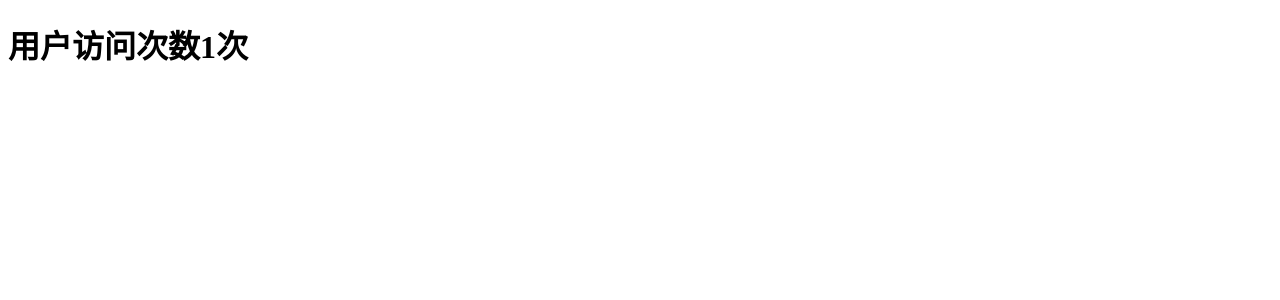
Repository: cbtpro/multi-localforage-demo
Page: /
These files come from the project's save history. The page is drawn as it stood at one moment and after a run of saves; the edit follows.
The browser window is 1280 px wide. The pictures show the whole page.
The project was rebuilt for these pictures with package versions that can differ from the ones it lists, and the page was loaded fresh each time. Also part of the build but not shown: vite.config.js.

Above is the page before, as saved 2024-09-10 23:09:57.

### src/App.vue
<script setup lang="ts">
import { ref } from "vue";
import useLocalForage from "./use-local-forage";
import { USER_VISITOR_COUNT, SHOW_NAVIGATOR_BOOL } from "./storage-constants";
import { onMounted } from "vue";

const localForageInstance = useLocalForage({
  name: "test",
  storeName: 'storeName'
});

const visitorCount = ref(0);

const loadStorage = async () => {
  try {
    const data = await localForageInstance.getItem<number>(USER_VISITOR_COUNT);
    visitorCount.value = data || 1;
  } catch (error) {
    console.error(error);
  } finally {
    recordVisitorCount();
  }
};
const recordVisitorCount = () => {
  localForageInstance.setItem(USER_VISITOR_COUNT, visitorCount.value + 1);
};

onMounted(() => {
  loadStorage();
})
</script>

<template>
  <h1 v-show="visitorCount">用户访问次数{{ visitorCount }}次</h1>
</template>

### src/use-local-forage.ts
import localforage, { config, } from 'localforage';

export const useLocalforage = (options: LocalForageOptions ) => {

  // 配置 localForage
  localforage.config({
    ...config,
    ...options,
  });

  // 定义一个永不过期的标志
  const NEVER_EXPIRES_FLAG = -1;

  /**
   * 设置存储项
   * @param k 键名
   * @param v 值
   * @param expired 过期时间（分钟），默认永不过期
   * @returns Promise
   */
  const setItem = (k: string, v: any, expired: number = -1): Promise<void> => {
    const expiredKey = `${k}__expires__`;
    let exp = 0;

    if (expired === NEVER_EXPIRES_FLAG) {
      exp = NEVER_EXPIRES_FLAG;
    } else if (expired >= 0) {
      exp = Date.now() + 1000 * 60 * expired;
    }

    // 存储过期时间
    localforage.setItem(expiredKey, exp.toString()).catch((err) => {
      console.error('设置过期时间失败:', err);
    });

    // 存储实际数据
    return localforage.setItem(k, v);
  };

  /**
   * 获取存储项
   * @param k 键名
   * @returns Promise<T | null>
   */
  const getItem = async <T> (k: string) : Promise<T | null> => {
    const expiredKey = `${k}__expires__`;

    try {
      const expiredValue = await localforage.getItem<string | null>(expiredKey);

      if (expiredValue === null) {
        // 未设置过期时间，视为不存在
        return null;
      }

      const expiredTime = parseInt(expiredValue, 10);

      if (expiredTime === NEVER_EXPIRES_FLAG) {
        // 永不过期
        return localforage.getItem(k) as T;
      }

      if (expiredTime > Date.now()) {
        // 未过期，返回数据
        return localforage.getItem(k);
      } else {
        // 已过期，删除数据
        removeItem(k);
        removeItem(expiredKey);
        return null;
      }
    } catch (err) {
      console.error('获取数据失败:', err);
      return null;
    }
  };

  /**
   * 删除存储项
   * @param k 键名
   * @returns Promise
   */
  const removeItem = (k: string) => {
    const expiredKey = `${k}__expires__`;
    localforage.removeItem(expiredKey).catch((err) => {
      console.error('删除过期时间失败:', err);
    });
    return localforage.removeItem(k);
  };

  return {
    getItem,
    setItem,
  }
}

export default useLocalforage;

### src/storage-constants.ts
/** 用户访问次数 */
export const USER_VISITOR_COUNT = 'USER_VISITOR_COUNT';

/** 是否显示导航 */
export const SHOW_NAVIGATOR_BOOL = 'SHOW_NAVIGATOR_BOOL';

### src/Demo.vue
<template>
  <h1>是否显示导航：{{ showNavigator }}</h1>
</template>

<script setup lang="ts>">
import { ref } from 'vue';
import { SHOW_NAVIGATOR_BOOL } from './storage-constants';
import useLocalForage from './use-local-forage';'

const useLocalForage = useLocalForage({
  name: 'test',
  storeName: 'storeName1'
});

const showNavigator = ref(false);

onMounted(() => {
  showNavigator.value = useLocalForage.getItem(SHOW_NAVIGATOR_BOOL);
  useLocalForage.setItem(SHOW_NAVIGATOR_BOOL, false);
});
</script>

Loaded but not shown: index.html (common file); src/main.js (common file)

After the next 2 saves:
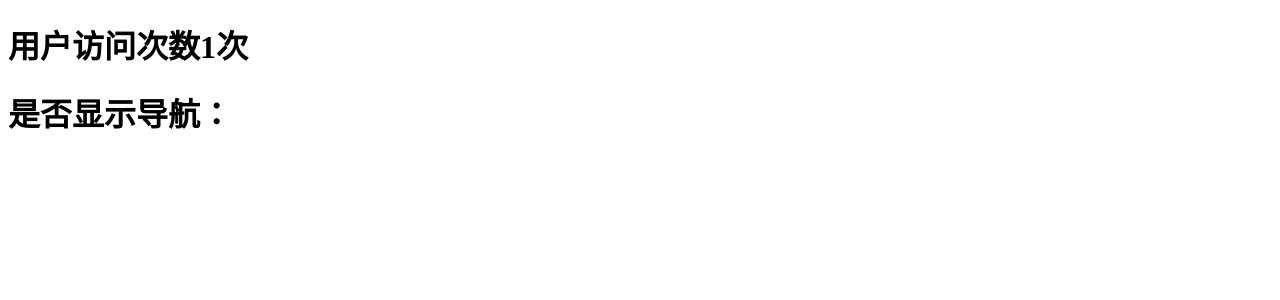
The 2 saves are shown as one change because 1 did not build or start.
The last was saved 2 min 39 s later.
--- a/src/App.vue
+++ b/src/App.vue
@@ -1,8 +1,8 @@
 <script setup lang="ts">
-import { ref } from "vue";
+import { onMounted, ref } from "vue";
 import useLocalForage from "./use-local-forage";
 import { USER_VISITOR_COUNT, SHOW_NAVIGATOR_BOOL } from "./storage-constants";
-import { onMounted } from "vue";
+import Demo from './Demo.vue';
 
 const localForageInstance = useLocalForage({
   name: "test",
@@ -32,4 +32,5 @@ onMounted(() => {
 
 <template>
   <h1 v-show="visitorCount">用户访问次数{{ visitorCount }}次</h1>
+  <Demo  />
 </template>
--- a/src/Demo.vue
+++ b/src/Demo.vue
@@ -2,20 +2,20 @@
   <h1>是否显示导航：{{ showNavigator }}</h1>
 </template>
 
-<script setup lang="ts>">
-import { ref } from 'vue';
+<script setup lang="ts">
+import { onMounted, ref } from 'vue';
 import { SHOW_NAVIGATOR_BOOL } from './storage-constants';
-import useLocalForage from './use-local-forage';'
+import useLocalforage from './use-local-forage';
 
-const useLocalForage = useLocalForage({
+const useLocalForage = useLocalforage({
   name: 'test',
   storeName: 'storeName1'
 });
 
 const showNavigator = ref(false);
 
-onMounted(() => {
-  showNavigator.value = useLocalForage.getItem(SHOW_NAVIGATOR_BOOL);
+onMounted(async () => {
+  showNavigator.value = await useLocalForage.getItem<boolean>(SHOW_NAVIGATOR_BOOL);
   useLocalForage.setItem(SHOW_NAVIGATOR_BOOL, false);
 });
 </script>
